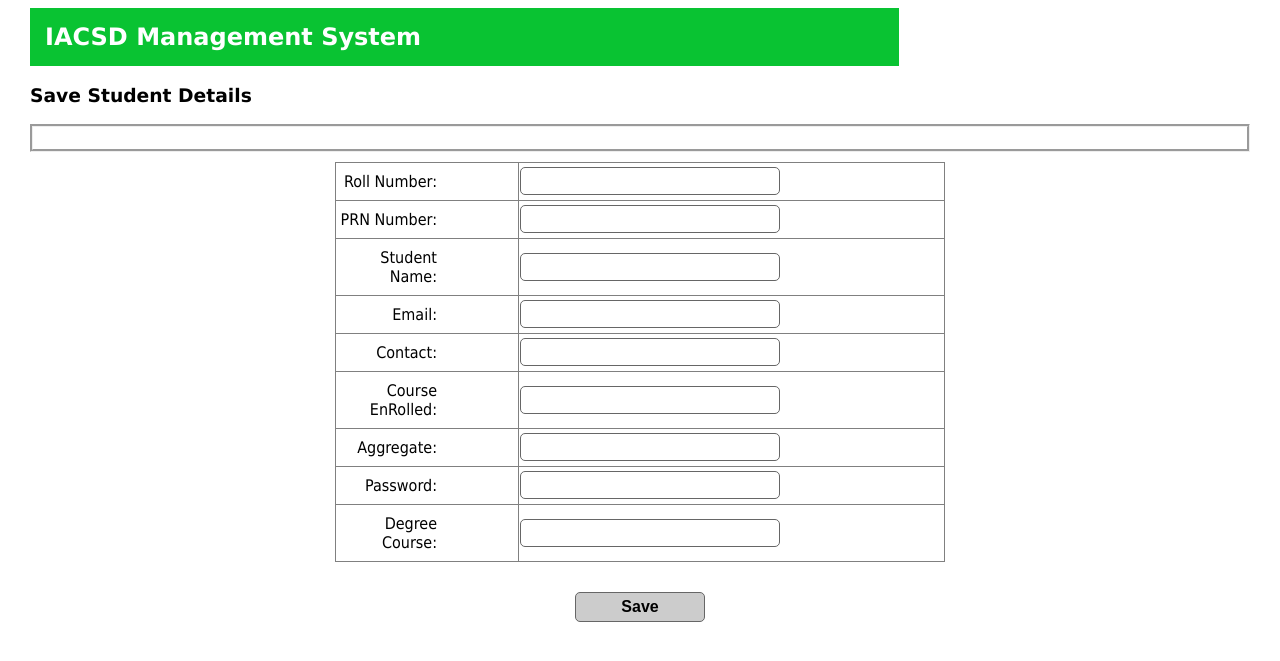
Repository: vsc8791/IMS
Page: http://localhost/web-customer-tracker/WEB-INF/view/student-register-form.jsp
These files come from the project's save history. The page is drawn as it stood at one moment and after the next save; the edit follows.
The browser window is 1280 px wide. The pictures show the whole page.
The page is served by Tomcat 9. Nobody is signed in. Other server files are loaded and not shown. The template is opened directly, without the code that normally fills it, so the values that code supplies are empty.

Above is the page before, as saved 2018-07-26 12:01:44.

### web-customer-tracker/WebContent/WEB-INF/view/student-register-form.jsp
 <%@ taglib prefix="form" uri="http://www.springframework.org/tags/form"%>
<!DOCTYPE html>
<html>
<head>

<title>Save Student</title>
<link type="text/css" rel="stylesheet"
	href="${pageContext.request.contextPath}/resources/css/style.css">

<title>Save Student</title>
<link type="text/css" rel="stylesheet"
	href="${pageContext.request.contextPath}/resources/css/add-customer-style.css">
</head>
<body>
	<div id="wrapper">
		<div id="header">
			<h2>IACSD Management System</h2>
		</div>
	</div>
	<div>
		<h3>Save Student Details</h3>
		<div align="center" style="color:maroon;border: groove;">
		<h1> ${message} </h1>
	</div>
		<form:form action="saveStudentRegistration" modelAttribute="student"
			method="POST">
			<!-- need to associate this data with Student Id -->
			<form:hidden path="id"/>

			<table align="center" border="1">
				<tbody>
					<tr>
						<td><label>Roll Number:</label></td>
						<td><form:input path="rollNumber" type="number" /></td>
					</tr>
					<tr>
						<td><label>PRN Number:</label></td>
						<td><form:input path="prnNumber" type="number"/></td>
					</tr>
					<tr>
						<td><label>Student Name:</label></td>
						<td><form:input path="studentName" /></td>
					</tr>
					<tr>
						<td><label>Email:</label></td>
						<td><form:input path="email" type="email"/></td>
					</tr>
					<tr>
						<td><label>Contact:</label></td>
						<td><form:input path="contact" /></td>
					</tr>
					<tr>
						<td><label>Course EnRolled:</label></td>
						<td><form:input path="course_enrolled" /></td>
					</tr>
					<tr>
						<td><label>Aggregate:</label></td>
						<td><form:input path="aggregate"/></td>
					</tr>
					<tr>
						<td><label>Password:</label></td>
						<td><form:input path="password" type="password" /></td>
					</tr>
					<tr>
						<td><label>Degree Course:</label></td>
						<td><form:input path="degree_course"/></td>
					</tr>

				</tbody>
			</table>


					<center><input  type="submit" value="Save" class="save" /></center>

		</form:form>

</div>
</body>

</html>

### web-customer-tracker/WebContent/resources/css/style.css
html, body{
	margin-left:15px; margin-right:15px;
	padding:0px;
	font-family:Verdana, Arial, Helvetica, sans-serif;
}

table {
	border-collapse:collapse;
	border-bottom:1px solid gray;
	font-family: Tahoma,Verdana,Segoe,sans-serif;
	width:72%;
}

th {
	border-bottom:1px solid gray;
	background:none repeat scroll 0 0 #09c332;
	padding:10px;
	color: #FFFFFF;
}

tr {
	border-top:1px solid gray;
	text-align:center;
}

tr:nth-child(even) {background: #FFFFFF}
tr:nth-child(odd) {background: #BBBBBB}

#wrapper {width: 100%; margin-top: 0px; }
#header {width: 70%; background:#09c332; margin-top: 0px; padding:15px 0px 15px 15px;}
#header h2 {width: 100%; margin:auto; color: #FFFFFF;}
#container {width: 100%; margin:auto}
#container h3 {color: #000;}
#container #content {margin-top: 20px;}

.add-button {
	border: 1px solid #666;
	border-radius: 5px;
	padding: 4px;
	font-size: 12px;
	font-weight: bold;
	width: 120px;
	padding: 5px 10px;

	margin-bottom: 15px;
	background: #cccccc;
}

Loaded but not shown: web-customer-tracker/WebContent/resources/css/add-customer-style.css (common file)

After the next save:
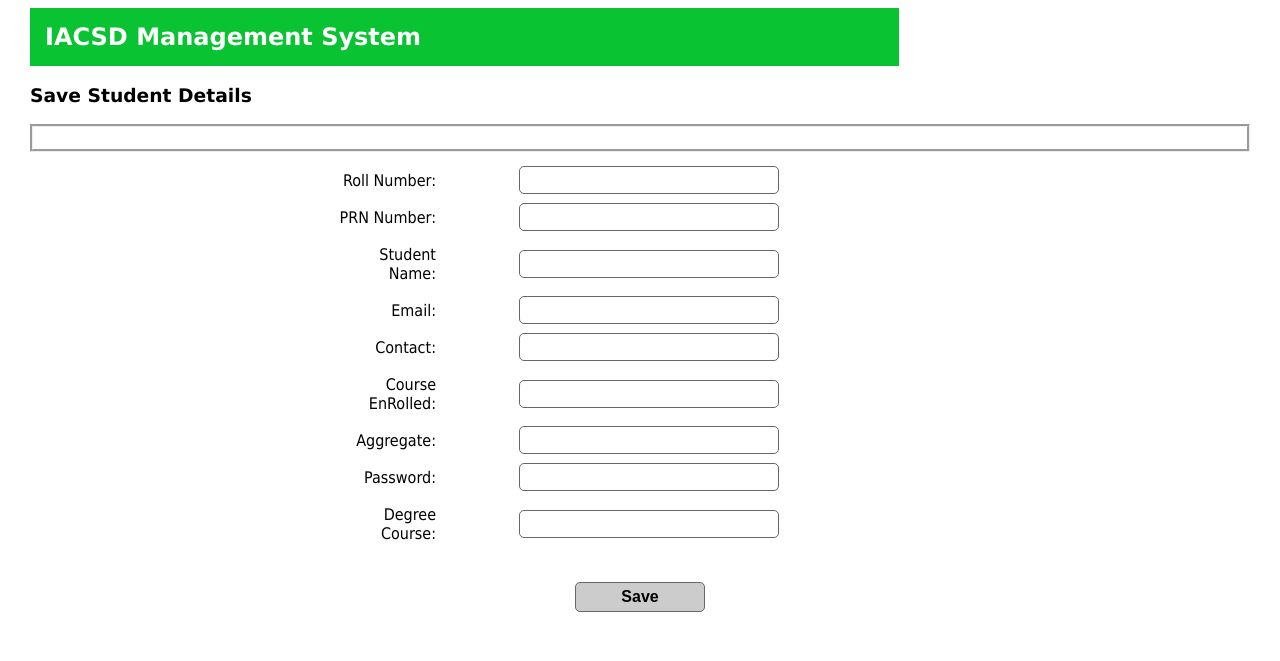
Saved 38 s later.
--- a/web-customer-tracker/WebContent/WEB-INF/view/student-register-form.jsp
+++ b/web-customer-tracker/WebContent/WEB-INF/view/student-register-form.jsp
@@ -27,7 +27,7 @@
 			<!-- need to associate this data with Student Id -->
 			<form:hidden path="id"/>
 
-			<table align="center" border="1">
+			<table align="center">
 				<tbody>
 					<tr>
 						<td><label>Roll Number:</label></td>
